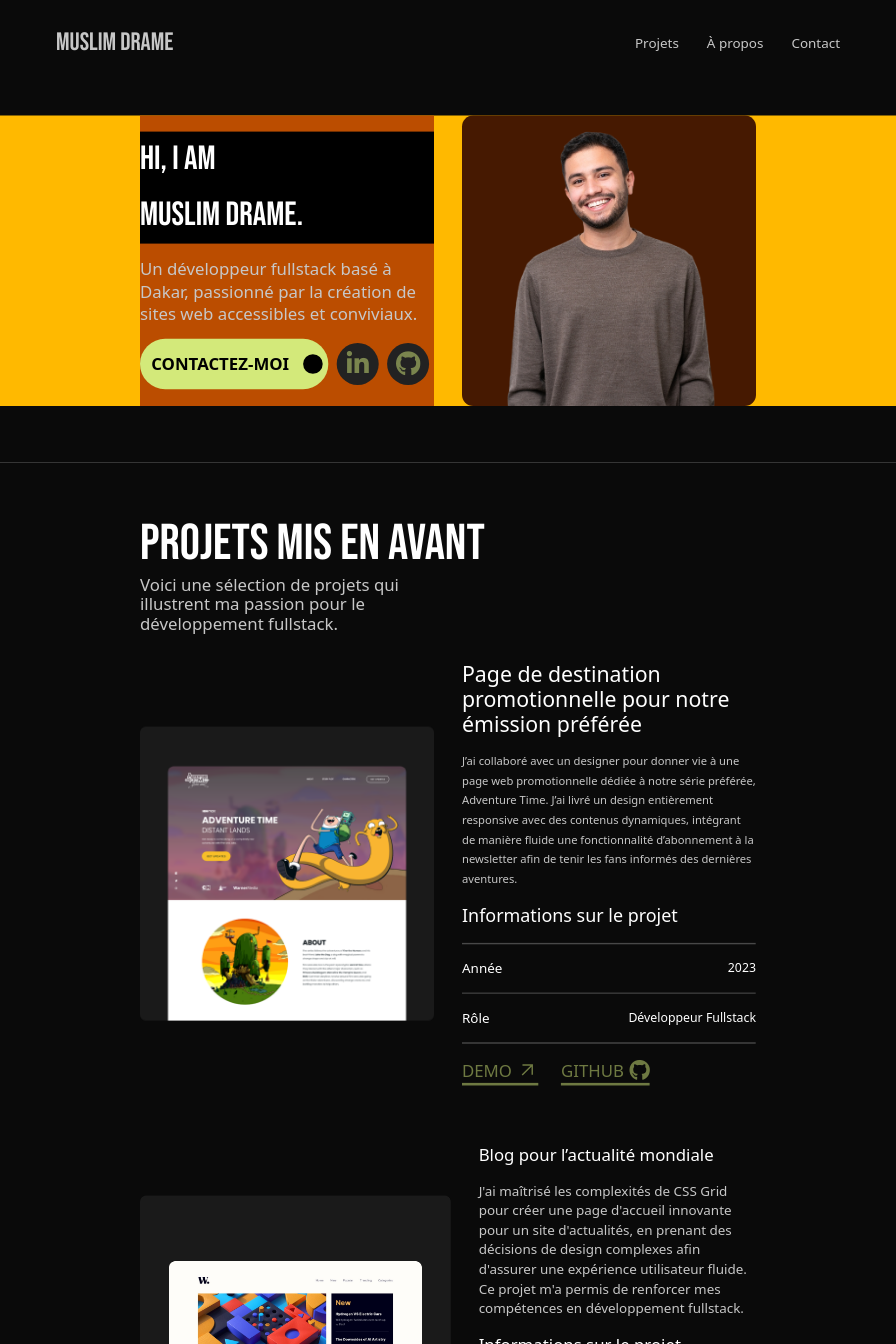
Repository: muslimdrame37-oss/Portfolio1
Page: src/index.html
The author's editor kept a copy of each file at every save. The page is drawn from the files as they stood at one save, then again after a run of saves.
The browser window is 1280 px wide. The pictures show the part of the page from y = 0 to 1920 px (the page is 4463 px tall), at 70% of full size.
Some web fonts or font styles are not loaded; a fallback is used. Some web libraries are served in a nearby version.

Above is the page before, as saved 2026-02-11 21:05:29.

After the next 2 saves:
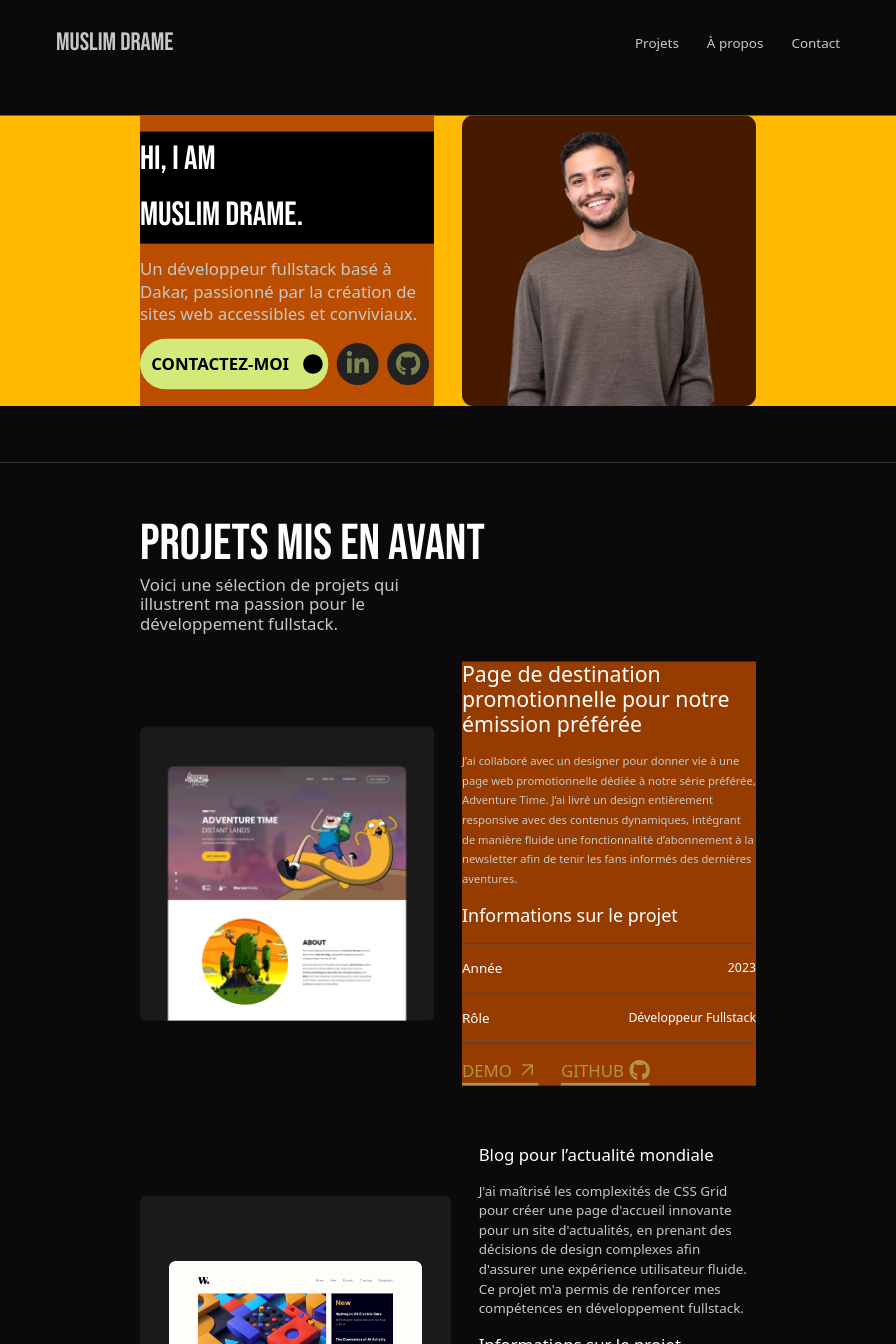
The 2 saves are shown as one change because they came seconds apart.
The last was saved 30 s later.
--- a/src/index.html
+++ b/src/index.html
@@ -93,7 +93,7 @@
                 </div>
                 <!-- INFORMATION -->
                 <!-- TITRE ET DESCCRIPTION -->
-                <div class=" lg:w-1/2 flex flex-col gap-5 ">
+                <div class=" lg:w-1/2 flex flex-col gap-5 bg-amber-800">
                     <div class="flex flex-col gap-5">
                         <h2 class="text-white text-[1.9rem] leading-9">Page de destination promotionnelle pour notre émission préférée</h2>
                         <p class="text-[#C7C7C7] leading-7 text-[1rem]">J’ai collaboré avec un designer pour donner vie à une page web promotionnelle dédiée à notre série préférée, Adventure Time. J’ai livré un design entièrement responsive avec des contenus dynamiques, intégrant de manière fluide une fonctionnalité d’abonnement à la newsletter afin de tenir les fans informés des dernières aventures.</p>
